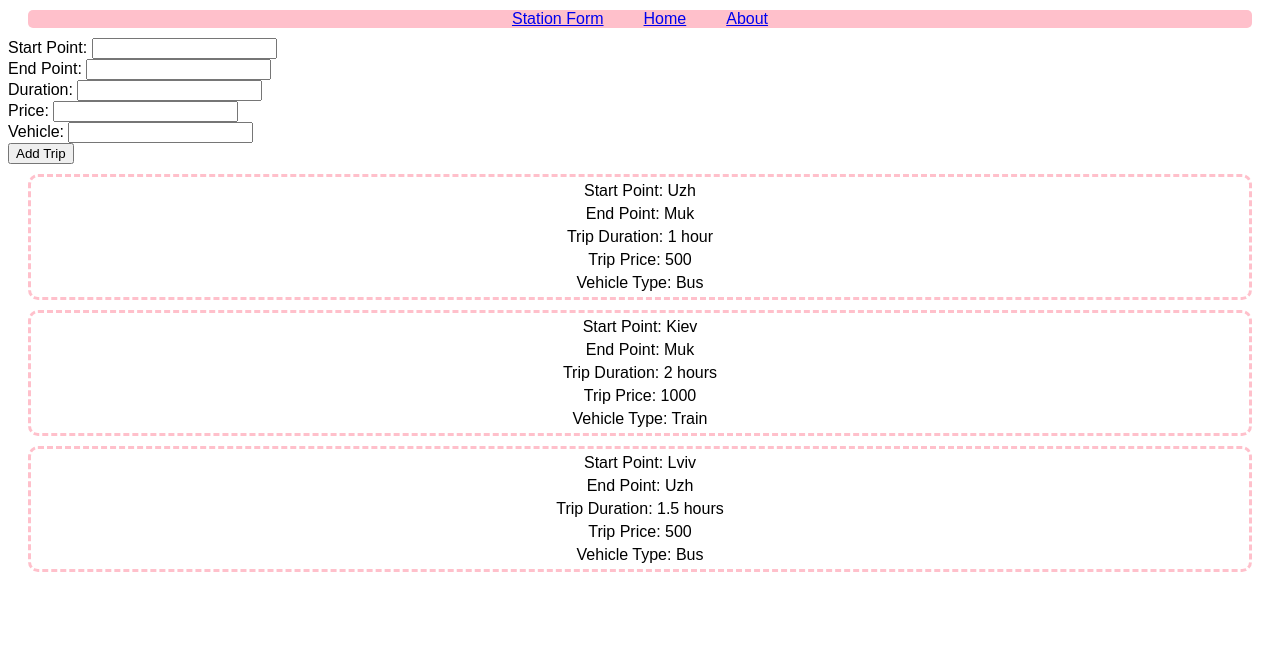
Repository: rutsguifd/mkr2
Page: /#/station-form
An editor plug-in stored every save of this project. The page is shown before and after the next save, followed by the edit.
The browser window is 1280 px wide. The pictures show the whole page.
The project was rebuilt for these pictures with package versions that can differ from the ones it lists, and the page was loaded fresh each time. Also part of the build but not shown: src/views/Home.vue, src/views/About.vue.

Above is the page before, as saved 2021-12-21 20:31:58.

After the next save:
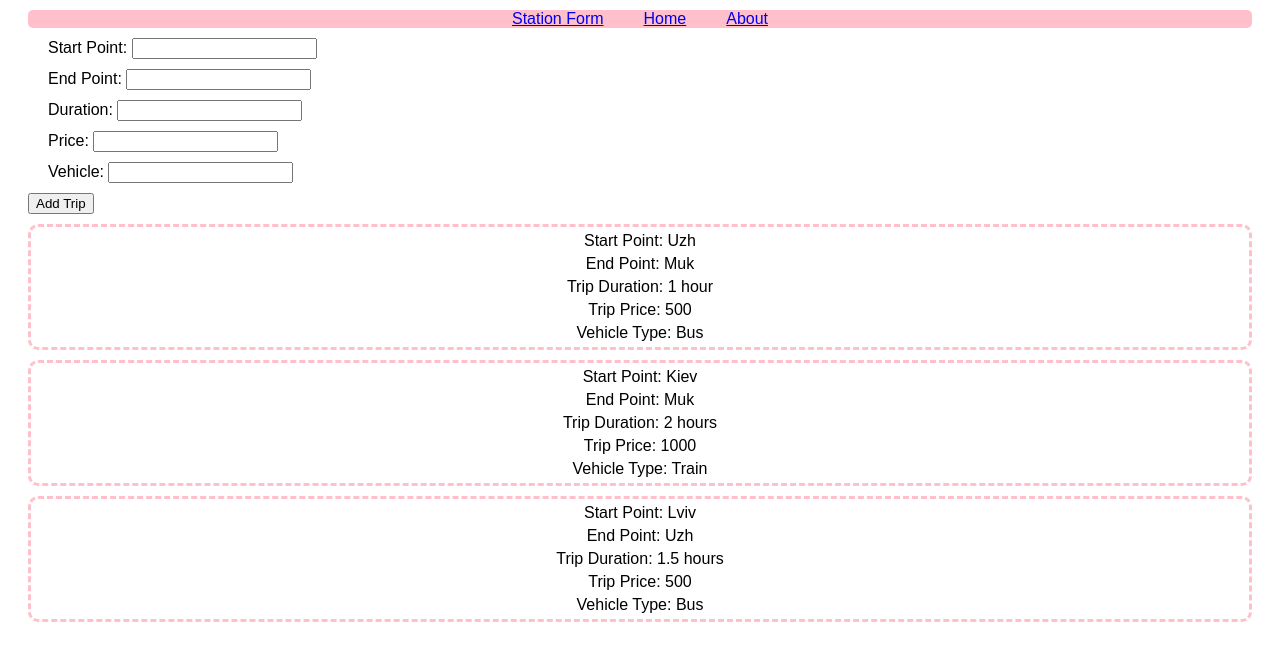
Saved 28 s later.
--- a/src/components/AddTrip.vue
+++ b/src/components/AddTrip.vue
@@ -68,4 +68,7 @@ import { mapMutations } from 'vuex'
 </script>
 
 <style lang="scss" scoped>
+div{
+    margin: 10px 20px;
+}
 </style>
